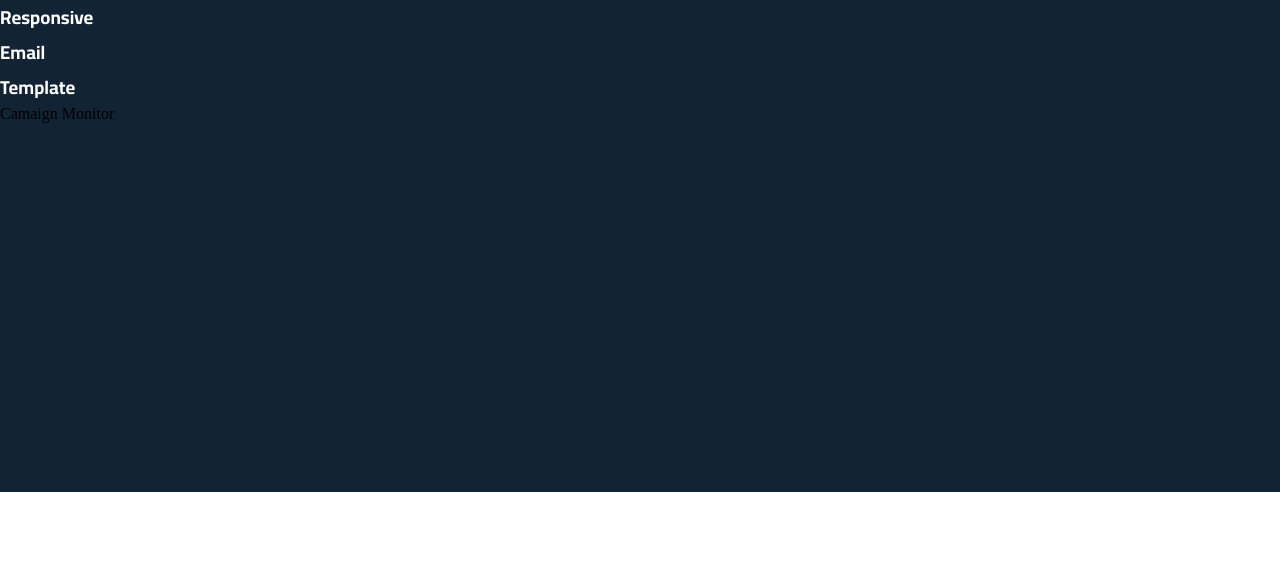
Repository: Z-ayat/Challenges
Page: Challenge 3/index.html
The author's editor kept a copy of each file at every save. The page is drawn from the files as they stood at one save, then again after the next save.
The browser window is 1280 px wide. The pictures show the whole page.

Above is the page before, as saved 2021-09-03 22:57:35.

### Challenge 3/index.html
<!DOCTYPE html>
<html lang="en">

<head>
    <meta charset="UTF-8">
    <title>Responsive Mail</title>
    <link rel="stylesheet" href="styling/css/master.css">
    <link rel="preconnect" href="https://fonts.googleapis.com">
    <link rel="preconnect" href="https://fonts.gstatic.com" crossorigin>
    <link href="https://fonts.googleapis.com/css2?family=Cairo:wght@400;600;700;900&display=swap" rel="stylesheet">
</head>

<body>
    <div class="layout">
        <div class="header">
            <div class="pop">
                <h3>Responsive Email Template</h3>
                <p class="green-right">Camaign Monitor</p>
                <p class="green-right"></p>
                <p class="green-right"></p>
            </div>
        </div>
        <div class="nthere">
            <div class="bord"></div>
        </div>
        <div class="cards">
            <div class="one"></div>
            <div class="two"></div>
            <div class="three"></div>
        </div>
        <div class="foot"><img src="" alt=""></div>
    </div>
</body>

</html>

### Challenge 3/styling/css/master.css
* {
    padding: 0;
    margin: 0;
    box-sizing: border-box;
}

:root {
    --maincolor: #122333;
    --secondrycolor: #ED4C21;
    --fontcolor: white;
    /* --anothercolor:; */
    --mainfont: 'Cairo', sans-serif;
}

.layout {
    display: grid;
    grid-template-rows: repeat(4, 1fr);
}

div {
    background-color: var(--maincolor);
}

h3 {
    width: 40px;
    font-family: var(--mainfont);
    color: var(--fontcolor);
}

.green-right {
    font-family: ;
}

After the next save:
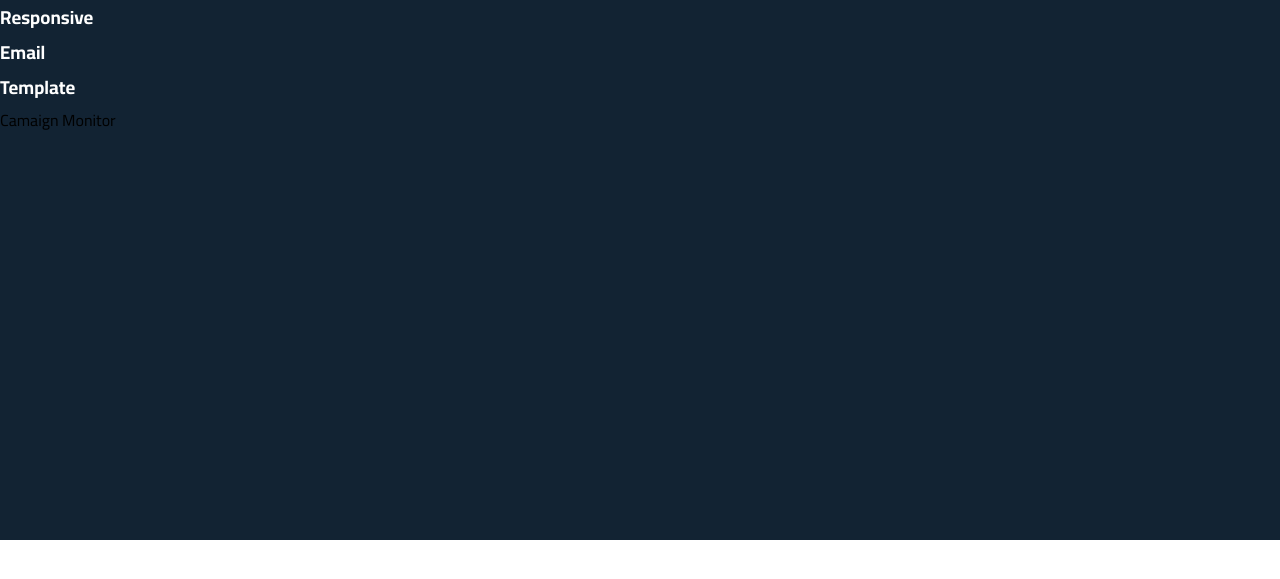
Saved 13 s later.
--- a/Challenge 3/styling/css/master.css
+++ b/Challenge 3/styling/css/master.css
@@ -28,5 +28,5 @@ h3 {
 }
 
 .green-right {
-    font-family: ;
+    font-family: var(--mainfont);
 }
